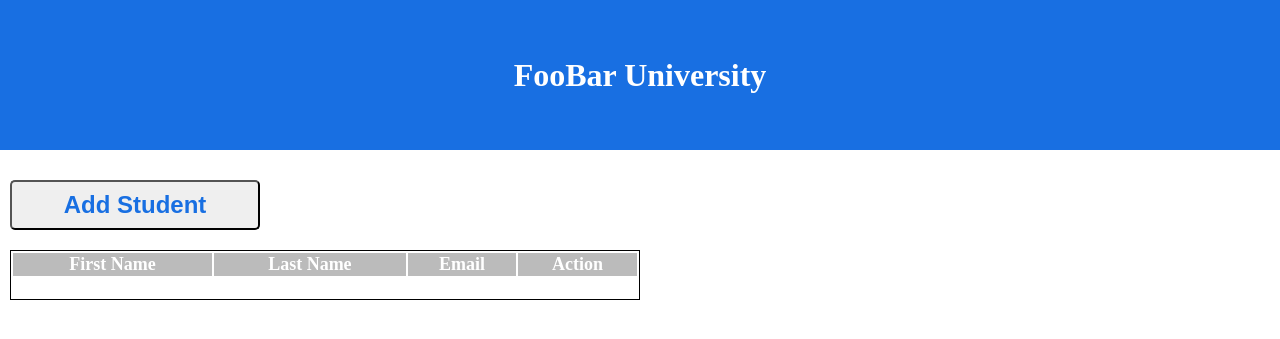
Repository: theslayer2964/Ahihihaha
Page: http://localhost/web_student_tracker/StudentControllerServlet
The author's editor kept a copy of each file at every save. The page is drawn from the files as they stood at one save, then again after the next save.
The browser window is 1280 px wide. The pictures show the whole page.
The page is served by Tomcat 9. Queries for data that is not in the repository find no rows.

Above is the page before, as saved 2022-03-05 08:44:49.

After the next save:
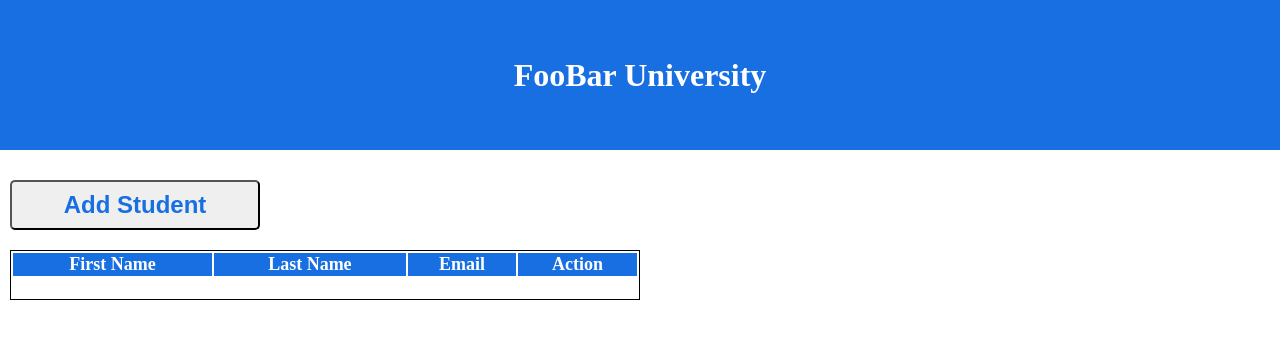
Saved 88 s later.
--- a/web_student_tracker/src/main/webapp/list_student.jsp
+++ b/web_student_tracker/src/main/webapp/list_student.jsp
@@ -11,8 +11,8 @@
 .container {
 	padding: 10px 10px 10px 10px;
 }
-tr:nth-child(even) {background: #FFFFFF}
-tr:nth-child(odd) {background: #BBBBBB}
+tbody tr:nth-child(even) {background: #FFFFFF}
+tbody tr:nth-child(odd) {background: #BBBBBB}
 </style>
 </head>
 <body>
